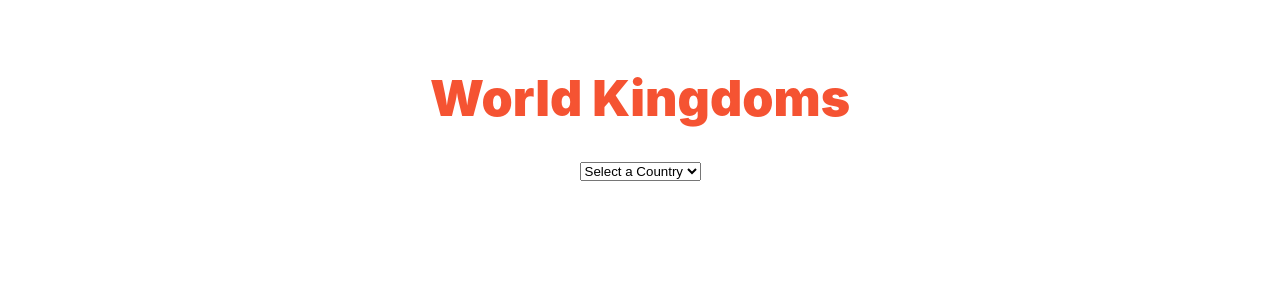
Repository: GloGlorGloria/COMP3170-lab7
Page: /
The author's editor kept a copy of each file at every save. The page is drawn from the files as they stood at one save, then again after the next save.
The browser window is 1280 px wide. The pictures show the whole page.
The page's requests for data from a server got no answer. The project was rebuilt for these pictures with package versions that can differ from the ones it lists, and the page was loaded fresh each time. No one was signed in, and anything a server would have sent is missing. Also part of the build but not shown: vite.config.js, src/components/Details.jsx.

Above is the page before, as saved 2024-11-24 02:14:34.

After the next save:
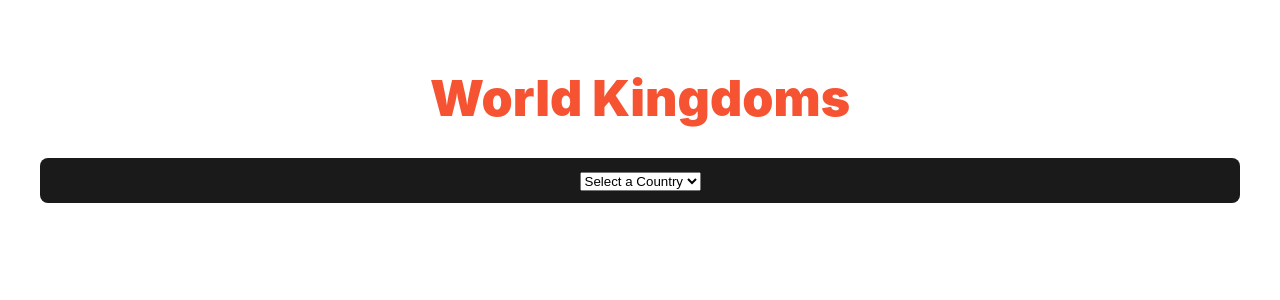
Saved 39 s later.
--- a/src/index.css
+++ b/src/index.css
@@ -33,7 +33,7 @@
   color: #ed9614;
 } */
 
-/* button {
+.select_container {
   border-radius: 8px;
   border: 1px solid transparent;
   padding: 0.6em 1.2em;
@@ -43,7 +43,7 @@
   background-color: #1a1a1a;
   cursor: pointer;
   transition: border-color 0.25s;
-} */
+}
 /* button:hover {
   border-color: #646cff;
 }

After the save that followed:
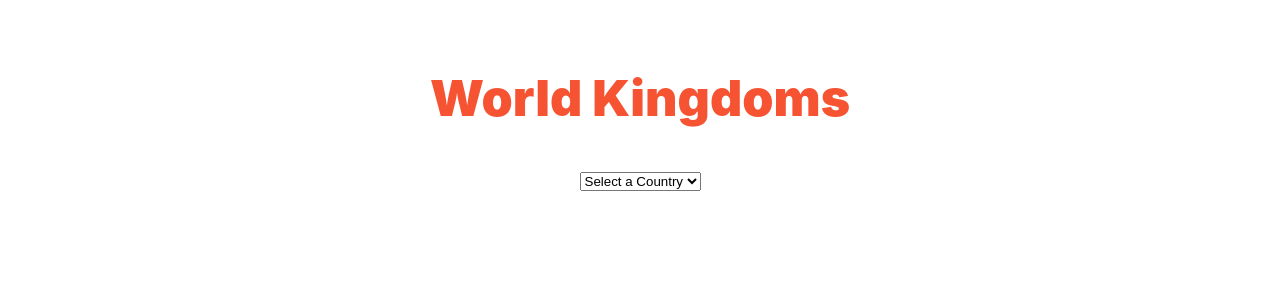
Saved 7 s later.
--- a/src/index.css
+++ b/src/index.css
@@ -40,7 +40,6 @@
   font-size: 1em;
   font-weight: 500;
   font-family: inherit;
-  background-color: #1a1a1a;
   cursor: pointer;
   transition: border-color 0.25s;
 }
